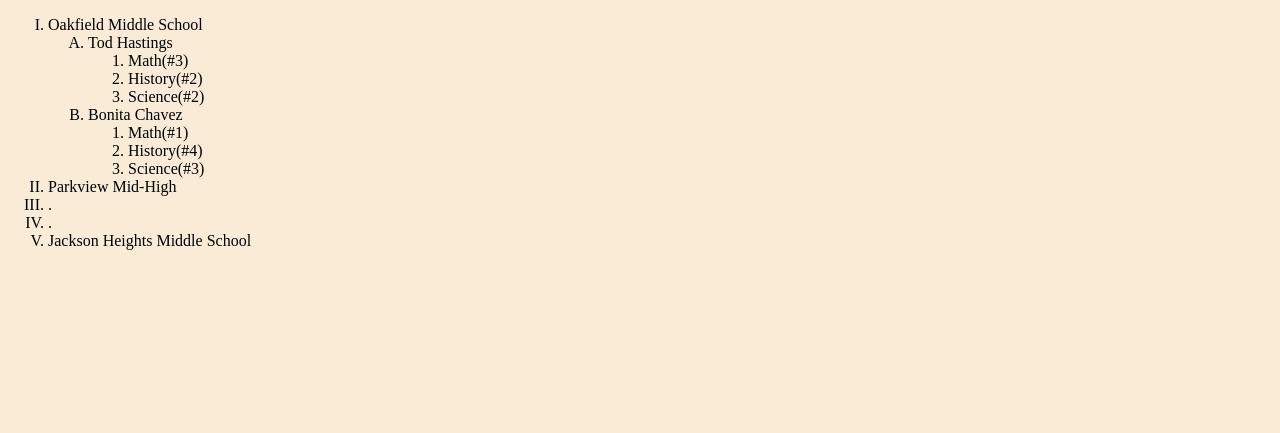
Repository: PhamChiXuan1/HTCNW_tuan3_DHCNTT16C_PhamChiXuan_20030131
Page: bt4b.html
An editor plug-in stored every save of this project. The page is shown before and after the next save, followed by the edit.
The browser window is 1280 px wide. The pictures show the whole page.

Above is the page before, as saved 2022-02-26 21:12:17.

### bt4b.html
<!DOCTYPE html>
<html lang="en">
<head>
    <meta charset="UTF-8">
    <meta http-equiv="X-UA-Compatible" content="IE=edge">
    <meta name="viewport" content="width=device-width, initial-scale=1.0">
    <title>Document</title>
</head>
<body style="background-color: antiquewhite;">
    <ol type="I">
        <li>Oakfield Middle School</li>
        <ol type="A">
            <li>Tod Hastings</li>
            <ol type="1">
                <li>Math(#3)</li>
                <li>History(#2)</li>
                <li>Science(#2)</li>
            </ol>
            <li>Bonita Chavez</li>
            <ol>
                <li>Math(#1)</li>
                <li>History(#4)</li>
                <li>Science(#3)</li>
            </ol>
        </ol>
        <li>Parkview Mid-High</li>
        <ol type="A">

        </ol>
        <li>.</li>
        <li>.</li>
        <li>Jackson Heights Middle School</li>
    </ol>
</body>
</html>

After the next save:
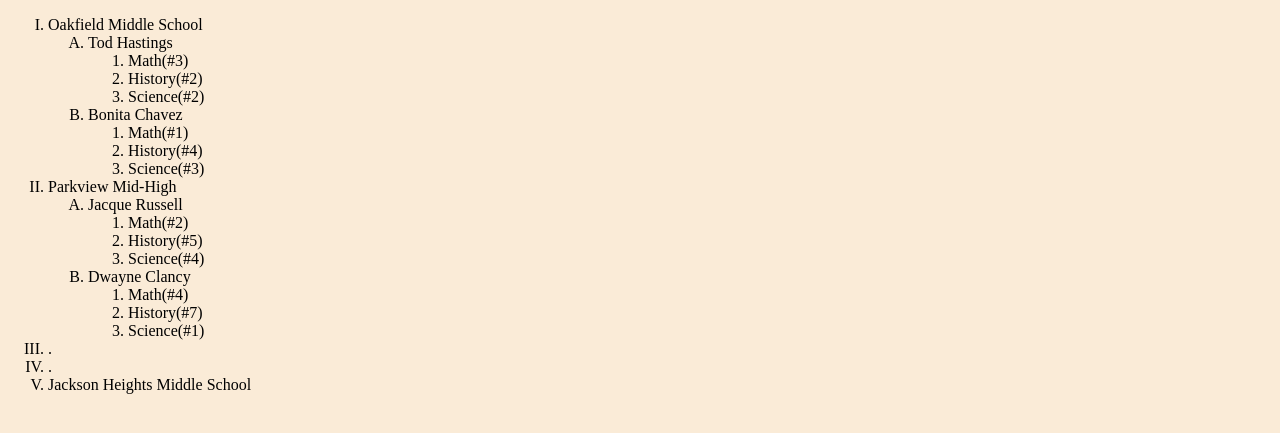
Saved 3 min 43 s later.
--- a/bt4b.html
+++ b/bt4b.html
@@ -17,7 +17,7 @@
                 <li>Science(#2)</li>
             </ol>
             <li>Bonita Chavez</li>
-            <ol>
+            <ol type="1">
                 <li>Math(#1)</li>
                 <li>History(#4)</li>
                 <li>Science(#3)</li>
@@ -25,7 +25,18 @@
         </ol>
         <li>Parkview Mid-High</li>
         <ol type="A">
-
+            <li>Jacque Russell</li>
+            <ol type="1">
+                <li>Math(#2)</li>
+                <li>History(#5)</li>
+                <li>Science(#4)</li>
+            </ol>
+            <li>Dwayne Clancy</li>
+            <ol type="1">
+                <li>Math(#4)</li>
+                <li>History(#7)</li>
+                <li>Science(#1)</li>
+            </ol>
         </ol>
         <li>.</li>
         <li>.</li>
